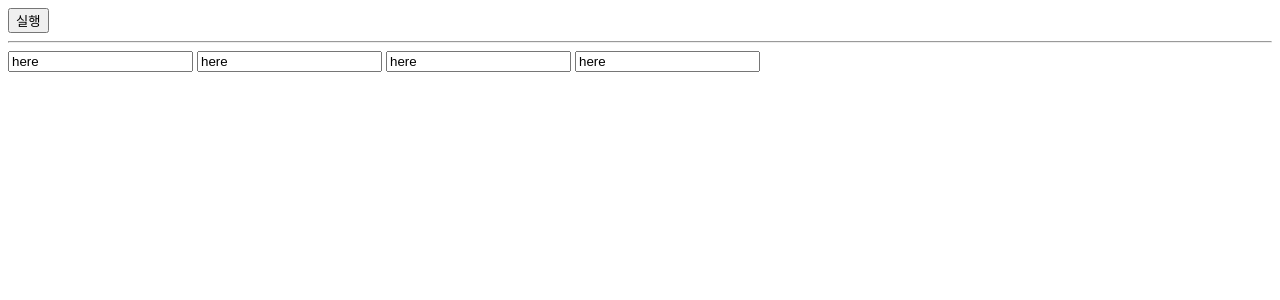
Repository: jinseon5462/Study_Jsp2
Page: http://localhost/ajax_crud/listView.jsp
An editor plug-in stored every save of this project. The page is shown before and after the next save, followed by the edit.
The browser window is 1280 px wide. The pictures show the whole page.
The page is served by Tomcat 9. Other server files are loaded and not shown.

Above is the page before, as saved 2023-01-03 12:35:23.

### jsp_ws/ajax_crud/src/main/webapp/listView.jsp
<%@ page language="java" contentType="text/html; charset=UTF-8"
    pageEncoding="UTF-8"%>
<!DOCTYPE html>
<html>
<head>
<meta charset="UTF-8">
<title></title>
</head>
<body>
<button id="btn">실행</button>
<hr>

<input type="text" id="id" value="here">
<input type="text" id="pw" value="here">
<input type="text" id="name" value="here">
<input type="text" id="tel" value="here">
<script>
	const btn = document.querySelector("#btn");
	btn.addEventListener('click', loadDoc);

	function loadDoc() {
		const xhttp = new XMLHttpRequest();
		xhttp.onload = function() {
			let jsonStr = this.responseText;
			alert(jsonStr);
			let obj = JSON.parse(jsonStr);
			const tbody = document.querySelector("#tbody");

			/* for(var i = 0; i < obj.length; i++){
				tbody.innerHTML += "<tr><td>" + obj[i].id + "</td><td>" + obj.pw + "</td><td>" + obj.name + "</td><td>" + obj.tel + "</td></tr>";
			} */


			document.getElementById("id").value = obj.id;
			document.getElementById("pw").value = obj.pw;
			document.getElementById("name").value = obj.name;
			document.getElementById("tel").value = obj.tel;
		}
		xhttp.open("GET", "text.txt");
		xhttp.send();
	}
</script>
</body>
</html>

After the next save:
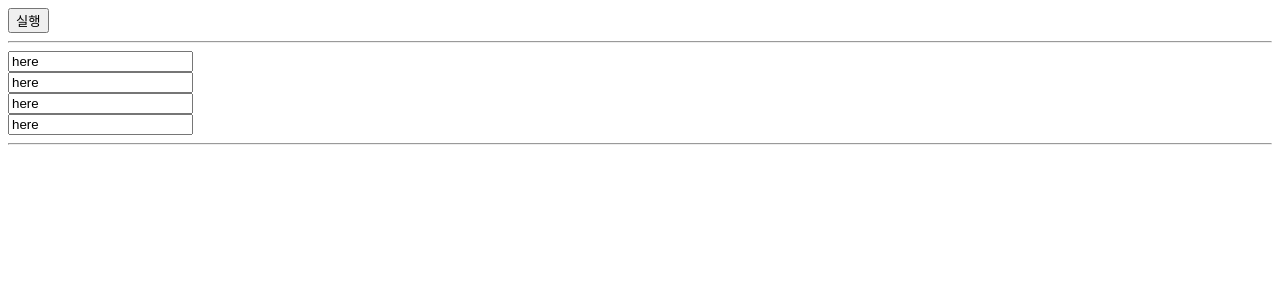
Saved 20 s later.
--- a/jsp_ws/ajax_crud/src/main/webapp/listView.jsp
+++ b/jsp_ws/ajax_crud/src/main/webapp/listView.jsp
@@ -10,10 +10,11 @@
 <button id="btn">실행</button>
 <hr>
 
-<input type="text" id="id" value="here">
-<input type="text" id="pw" value="here">
-<input type="text" id="name" value="here">
-<input type="text" id="tel" value="here">
+<input type="text" id="id" value="here"><br>
+<input type="text" id="pw" value="here"><br>
+<input type="text" id="name" value="here"><br>
+<input type="text" id="tel" value="here"><br>
+<hr>
 <script>
 	const btn = document.querySelector("#btn");
 	btn.addEventListener('click', loadDoc);
